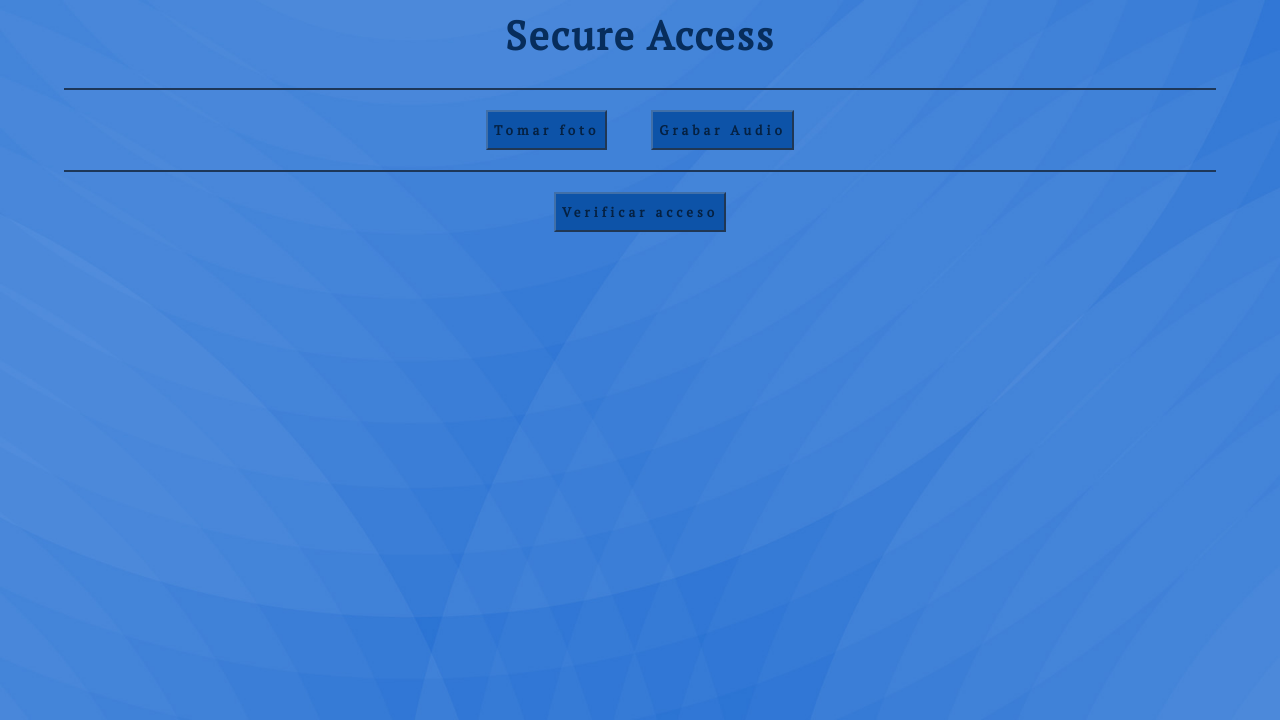
Repository: dabarreiroh/SECURE-ACCESS
Page: accessecure/templates/home/index.html
An editor plug-in stored every save of this project. The page is shown before and after the next save, followed by the edit.
The browser window is 1280 px wide. The pictures show the whole page.

Above is the page before, as saved 2020-03-16 23:52:24.

### accessecure/templates/home/index.html
<html>
    <head>
        <link rel="stylesheet" href="./../../static/admin/css/index/index.css">
        <link href="https://fonts.googleapis.com/css?family=PT+Serif&display=swap" rel="stylesheet">

    </head>
<body>

<h1>Secure Access</h1>

<div class="options">
    <input type="button" value="Tomar foto" onClick="window.location.href='photo'">
    <input type="button" value="Grabar Audio" onClick="window.location.href='audio'">
</div>


<div>
    <input type="button" value="Verificar acceso" onClick="window.location.href='verified'">
</div>

</body>
</html>

### accessecure/static/admin/css/index/index.css
*{
    text-align: center;
    font-family: 'PT Serif', serif;
}

body{
    background-image: url(../../img/background.jpg);
    background-size: cover;
}

h1{
    color: #072D5C;
    /* color: #1D3759; */
    letter-spacing: 2px;
    font-size: 40px;
}

.options{
    border: solid #1D3759;
    border-width: 2px 0px;
    width: 90vw;
    margin: 0 auto;
}

input{
    margin: 20px;
    height: 40px;
    letter-spacing: 0.3em;
    background-color: #0D53A8;
    border: 2px solid #406FA8;
    border-style: outset;
    color: #052142;
    font-weight: bold;
}

After the next save:
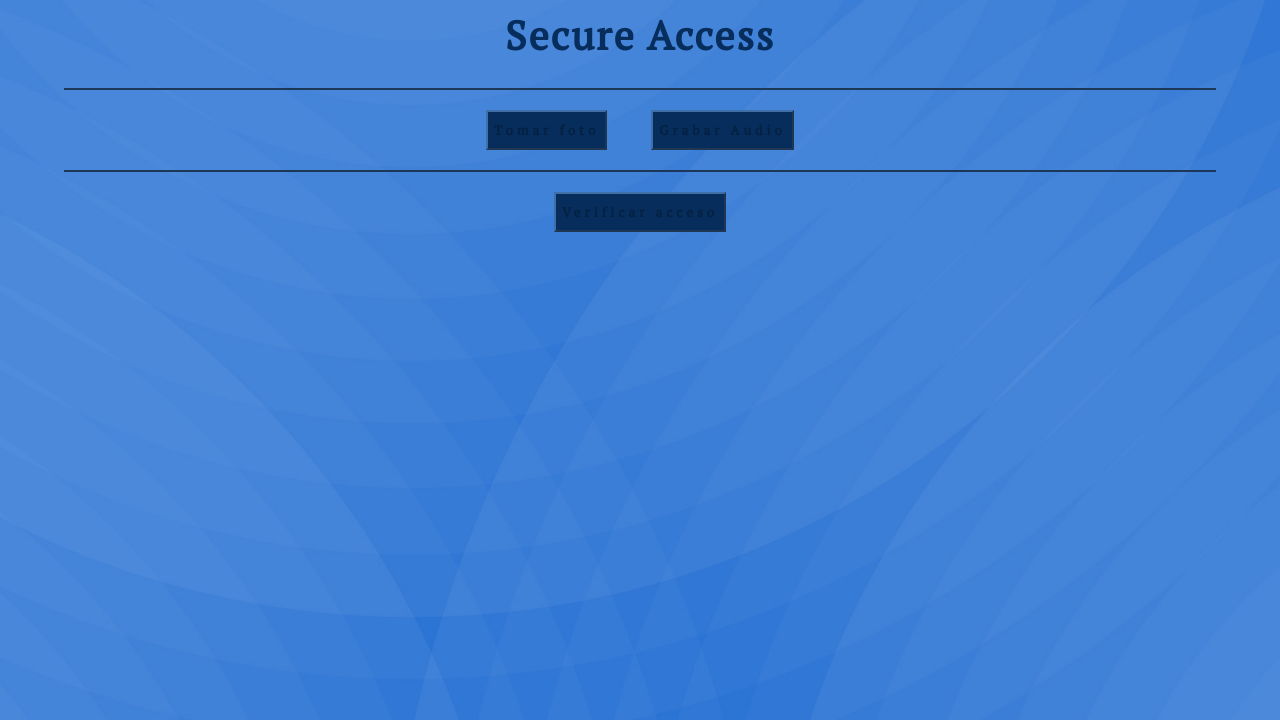
Saved 23 s later.
--- a/accessecure/static/admin/css/index/index.css
+++ b/accessecure/static/admin/css/index/index.css
@@ -26,7 +26,7 @@ input{
     margin: 20px;
     height: 40px;
     letter-spacing: 0.3em;
-    background-color: #0D53A8;
+    background-color: #072D5C;
     border: 2px solid #406FA8;
     border-style: outset;
     color: #052142;
